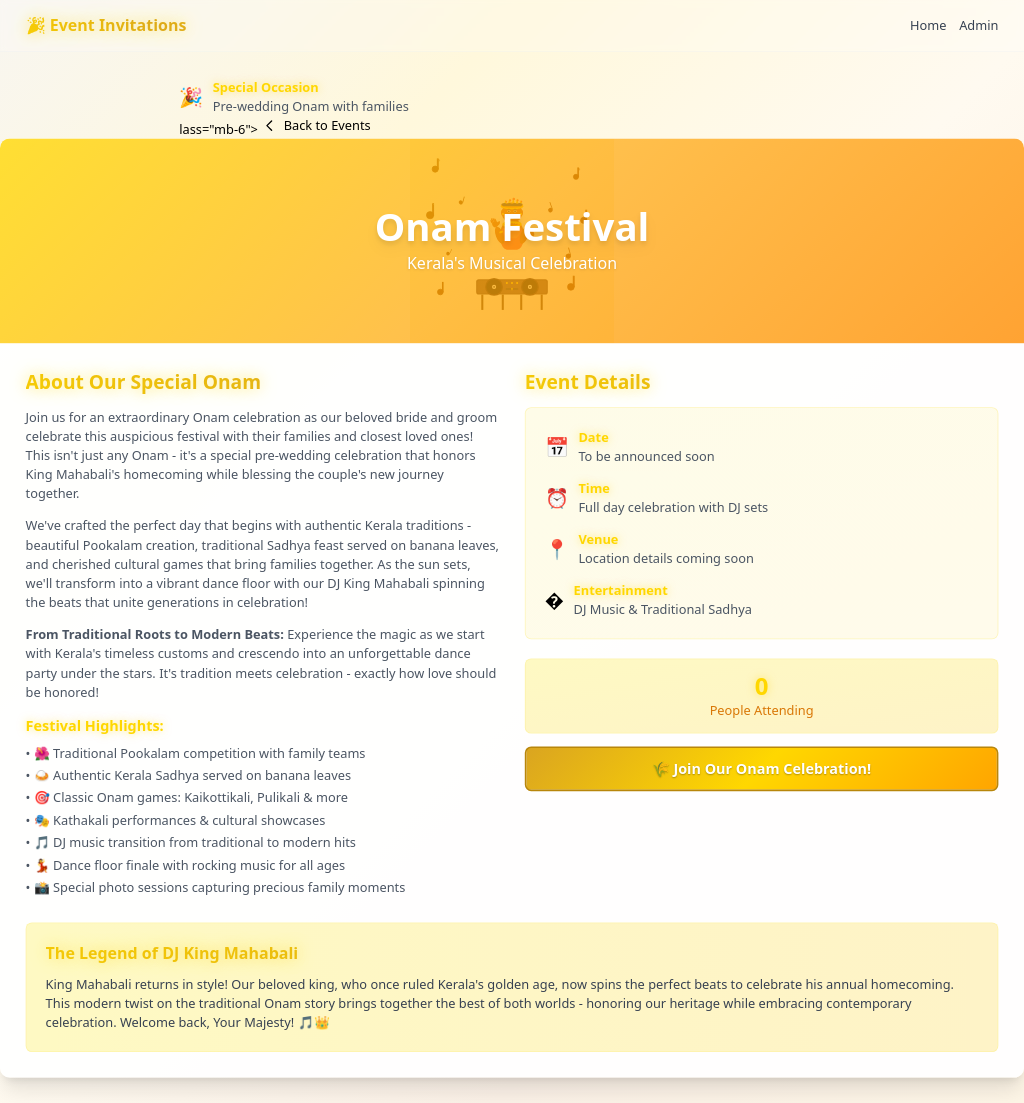
Repository: nanduldas/invitation
Page: http://localhost/event/onam
The author's editor kept a copy of each file at every save. The page is drawn from the files as they stood at one save, then again after the next save.
The browser window is 1280 px wide. The pictures show the whole page, at 80% of full size.
Some web libraries are served in a nearby version. The page is served by the project's Laravel application, run on PHP 8.4 with Laravel 12. Queries for data that is not in the repository find no rows.

Above is the page before, as saved 2025-08-30 13:54:39.

After the next save:
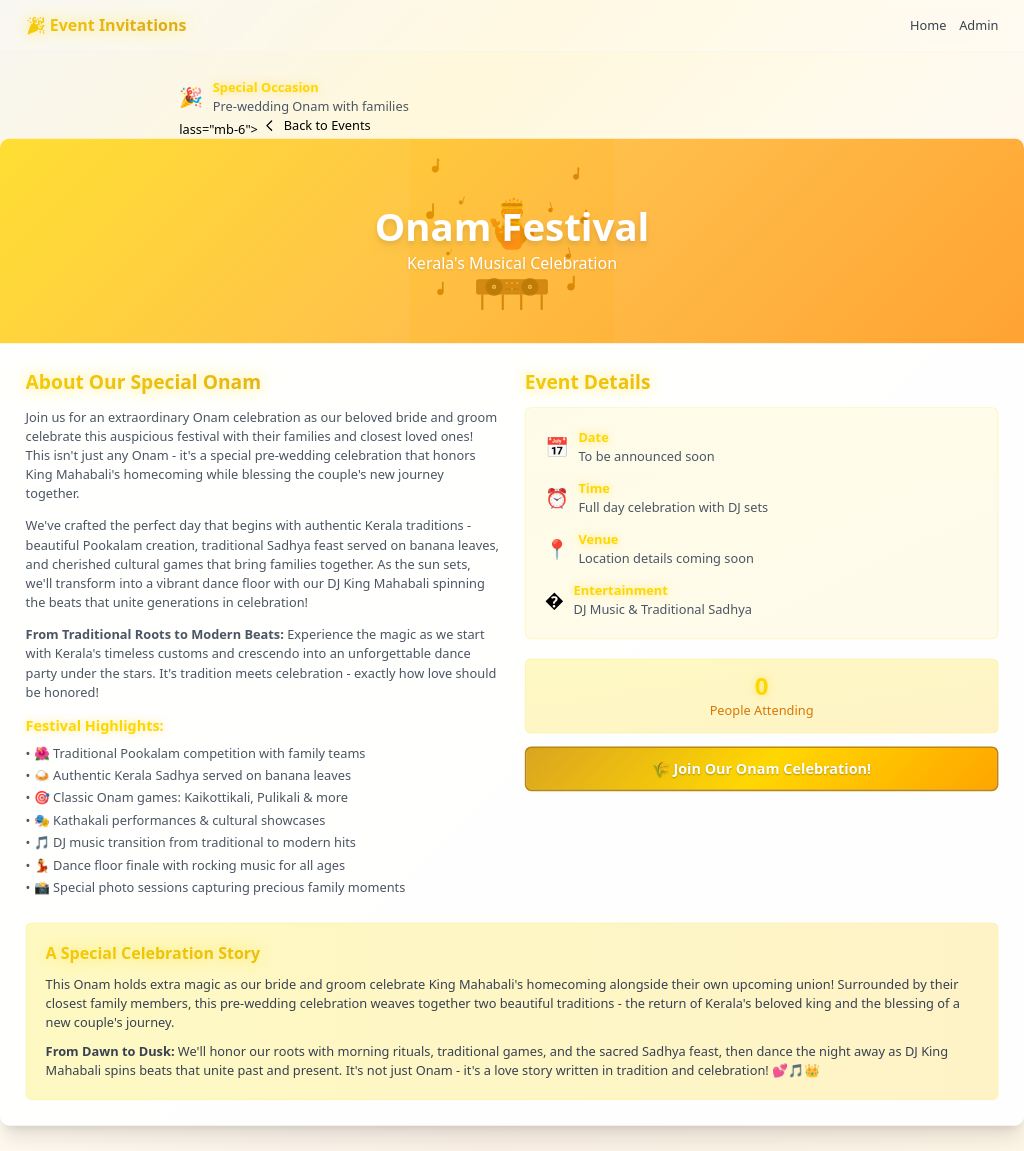
Saved 20 s later.
--- a/resources/views/events/show.blade.php
+++ b/resources/views/events/show.blade.php
@@ -208,12 +208,18 @@
                 </div>
 
                 <div class="bg-gradient-to-r from-yellow-100 to-amber-100 rounded-lg p-6 border border-yellow-200/50">
-                    <h3 class="text-xl font-bold text-gold-shining mb-3">The Legend of DJ King Mahabali</h3>
+                    <h3 class="text-xl font-bold text-gold-shining mb-3">A Special Celebration Story</h3>
                     <p class="text-gray-700">
-                        King Mahabali returns in style! Our beloved king, who once ruled Kerala's golden age,
-                        now spins the perfect beats to celebrate his annual homecoming. This modern twist on
-                        the traditional Onam story brings together the best of both worlds - honoring our
-                        heritage while embracing contemporary celebration. Welcome back, Your Majesty! 🎵👑
+                        This Onam holds extra magic as our bride and groom celebrate King Mahabali's homecoming
+                        alongside their own upcoming union! Surrounded by their closest family members, this
+                        pre-wedding celebration weaves together two beautiful traditions - the return of Kerala's
+                        beloved king and the blessing of a new couple's journey.
+                    </p>
+                    <p class="text-gray-700 mt-3">
+                        <strong>From Dawn to Dusk:</strong> We'll honor our roots with morning rituals, traditional
+                        games, and the sacred Sadhya feast, then dance the night away as DJ King Mahabali spins
+                        beats that unite past and present. It's not just Onam - it's a love story written in
+                        tradition and celebration! 💕🎵👑
                     </p>
                 </div>
             </div>
